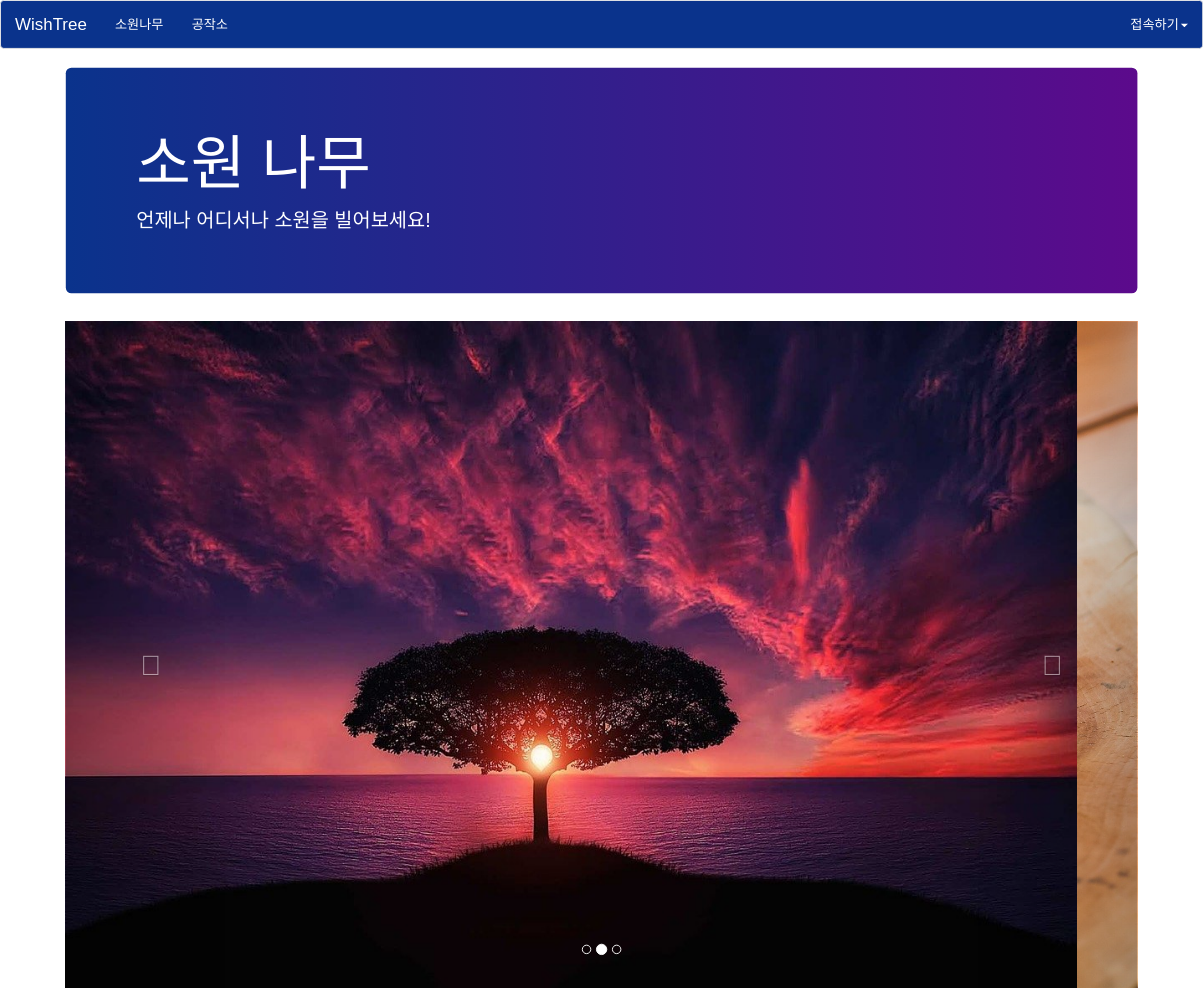
Repository: jongah/WishTree
Page: http://localhost/text/main.jsp
The author's editor kept a copy of each file at every save. The page is drawn from the files as they stood at one save, then again after the next save.
The browser window is 1280 px wide. The pictures show the whole page, at 94% of full size.
Some web fonts or font styles are not loaded; a fallback is used. Some web libraries are served in a nearby version. The page is served by Tomcat 9. Other server files are loaded and not shown.

Above is the page before, as saved 2021-05-05 15:12:47.

### text/WebContent/main.jsp
<%@ page language="java" contentType="text/html; charset=UTF-8"
	pageEncoding="UTF-8"%>
<!DOCTYPE html>
<html>
<head>
<meta charset="UTF-8">
<meta name="viewport" content="width=device-width" initial-scale="1" />
<link rel="stylesheet" href="css/bootstrap.css">
<link rel="stylesheet" href="css/custom.css">
<title>소원나무</title>
</head>
<body>
	<%
		String userID = null;
		// 로그인이 되어있으면 세션에 값이 있을 것이다.
		if (session.getAttribute("userID") != null) {
			userID = (String) session.getAttribute("userID");
		}
	%>
	<nav class="navbar navbar-default">
		<div class="navbar-header">
			<button type="button" class="navbar-toggle collapsed"
				data-toggle="collapse" data-target="#bs-example-navbar-collapse-1"
				aria-expanded="false">
				<span class="icon-bar"></span> <span class="icon-bar"></span> <span
					class="icon-bar"></span>
			</button>
			<a href="main.jsp" class="navbar-brand">WishTree</a>
		</div>
		<div class="collapse navbar-collapse"
			id="bs-example-navbar-collapse-1">
			<ul class="nav navbar-nav">
				<li><a href="main.jsp">소원나무</a></li>
				<li><a href="bbs.jsp">공작소</a></li>
			</ul>
			<%
				if (userID == null) {
			%>
			<ul class="nav navbar-nav navbar-right">
				<li class="dropdown"><a href="#" class="dropdown-toggle"
					data-toggle="dropdown" role="button" aria-haspopup="true"
					aria-expanded="false">접속하기<span class="caret"></span></a>
					<ul class="dropdown-menu">
						<li><a href="login.jsp">로그인</a></li>
						<li><a href="join.jsp">회원가입</a></li>
					</ul></li>
			</ul>
			<%
				} else {
			%>
			<ul class="nav navbar-nav navbar-right">
				<li class="dropdown"><a href="#" class="dropdown-toggle"
					data-toggle="dropdown" role="button" aria-haspopup="true"
					aria-expanded="false">회원관리<span class="caret"></span></a>
					<ul class="dropdown-menu">
						<li><a href="logoutAction.jsp">로그아웃</a></li>
					</ul></li>
			</ul>
			<%
				}
			%>
		</div>
	</nav>

	<div class="container">
		<div class="jumbotron">
			<div class="container">
				<h1>소원 나무</h1>
				<p>언제나 어디서나 소원을 빌어보세요!</p>
			</div>
		</div>
	</div>

	<div class="container">
		<div id="myCarousel" class="carousel slide" data-ride="carousel">
			<ol class="carousel-indicators">
				<li data-target="#myCarousel" data-slide-to="0" class="active"></li>
				<li data-target="#myCarousel" data-slide-to="1"></li>
				<li data-target="#myCarousel" data-slide-to="2"></li>
			</ol>
			<div class="carousel-inner">
				<div class="item active">
					<img src="images/tree.jpg">
				</div>
				<div class="item">
					<img src="images/coffee.jpg">
				</div>
				<div class="item">
					<img src="images/letters.jpg">
				</div>
			</div>
			<a href="#myCarousel" class="left carousel-control" data-slide="prev">
				<span class="glyphicon-chevron-left"></span>
			</a>
			<a href="#myCarousel" class="right carousel-control" data-slide="next">
				<span class="glyphicon-chevron-right"></span>
			</a>
		</div>
	</div>


	<script src="https://code.jquery.com/jquery-3.1.1.min.js"></script>
	<script src="js/bootstrap.js"></script>
</body>
</html>

### text/WebContent/css/custom.css
@import url('https://fonts.googleapis.com/css2?family=Nanum+Gothic&display=swap');
@import url(//fonts.googleapis.com/earlyaccess/hanna.css);

*{
	font-family : 'Nanum Gothic', sans-serif;
}
h1{
	font-family : 'Hanna', sans-serif;
}
.jumbotron{
	color:white;
	background: linear-gradient(90deg, #0a338c, #5c0a8c);
}
.navbar-default{
	background-color:#0a338c;
}
.navbar .nav > li > a {
	color:white;
}
.navbar .navbar-right{
	color:white;
}
.navbar .navbar-header .navbar-brand{
	color:white;
}

Loaded but not shown: text/WebContent/css/bootstrap.css (library); text/WebContent/js/bootstrap.js (library)

After the next save:
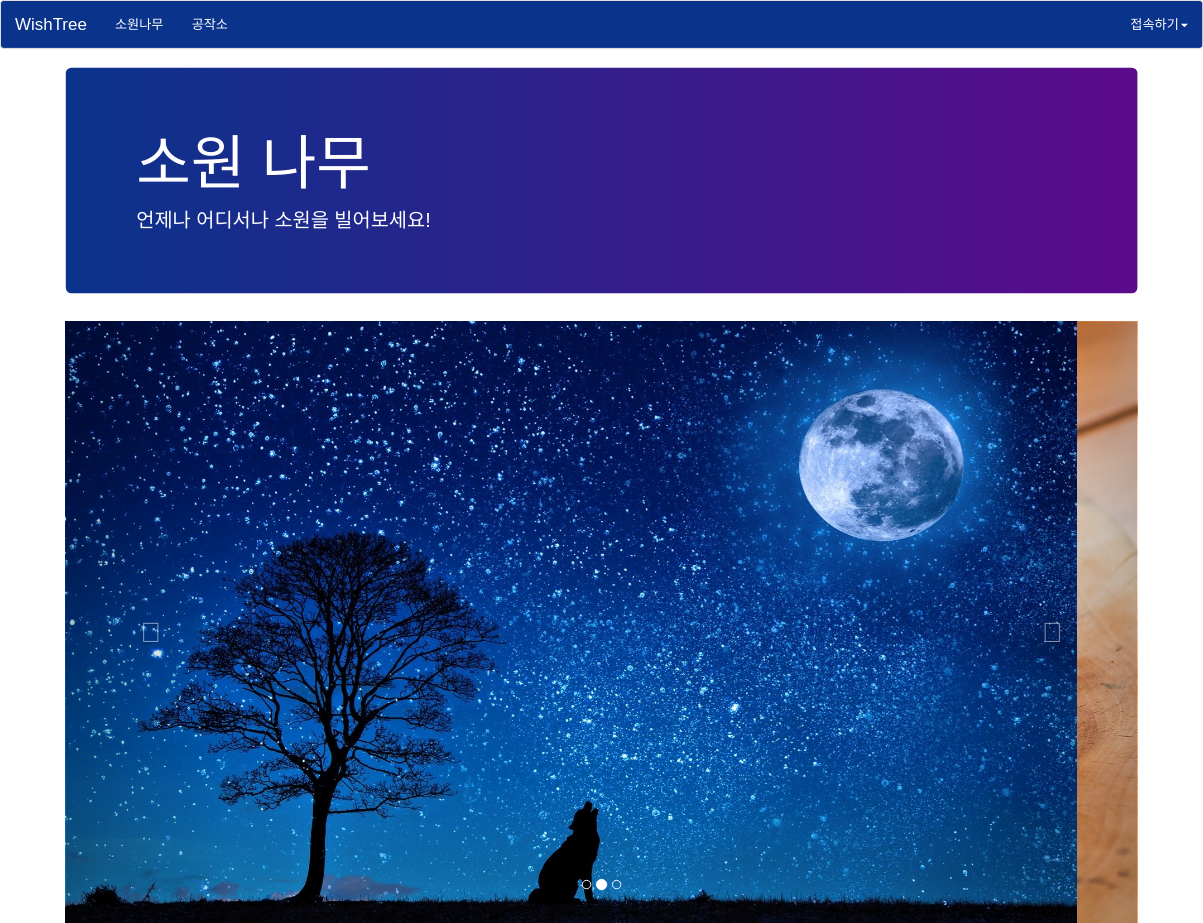
Saved 116 s later.
--- a/text/WebContent/main.jsp
+++ b/text/WebContent/main.jsp
@@ -80,7 +80,7 @@
 			</ol>
 			<div class="carousel-inner">
 				<div class="item active">
-					<img src="images/tree.jpg">
+					<img src="images/wolf.jpg">
 				</div>
 				<div class="item">
 					<img src="images/coffee.jpg">
